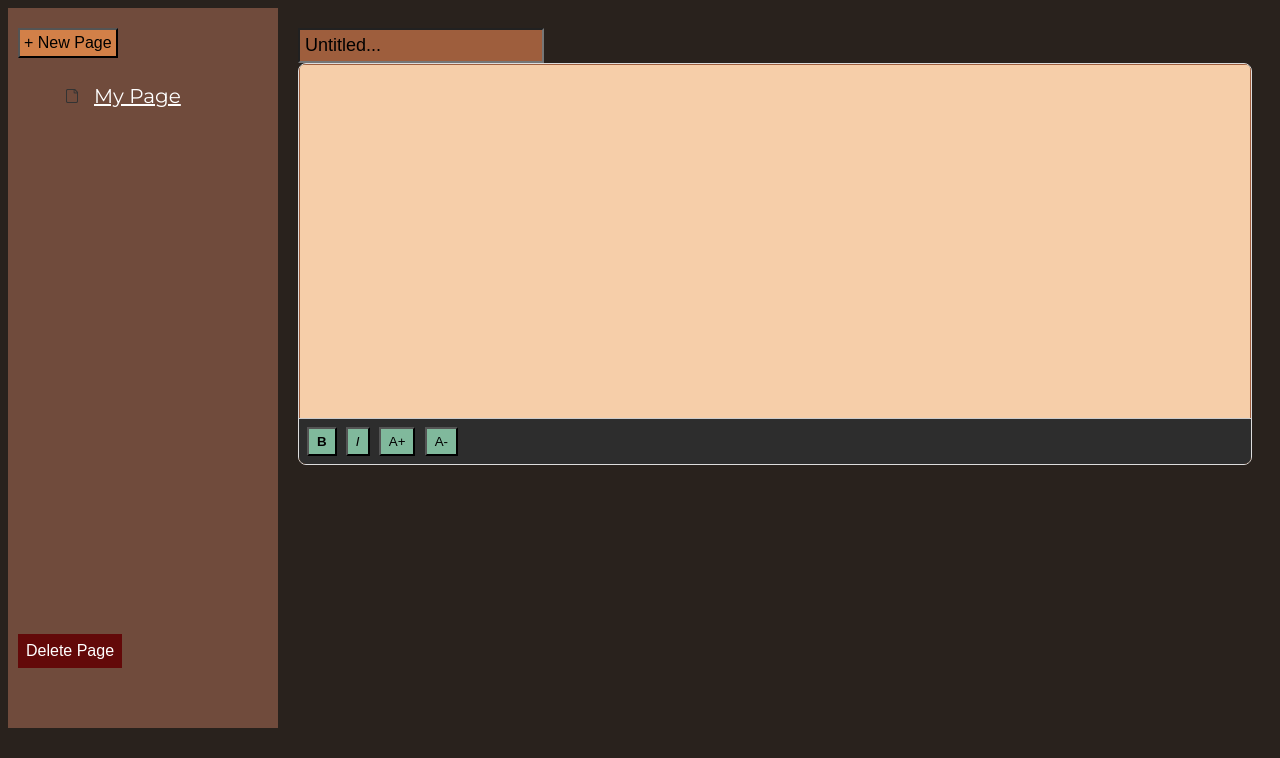
Repository: Dharshinimk-521/notes-app
Page: index.html
These files come from the project's save history. The page is drawn as it stood at one moment and after the next save; the edit follows.
The browser window is 1280 px wide. The pictures show the whole page.

Above is the page before, as saved 2026-04-18 23:11:47.

After the next save:
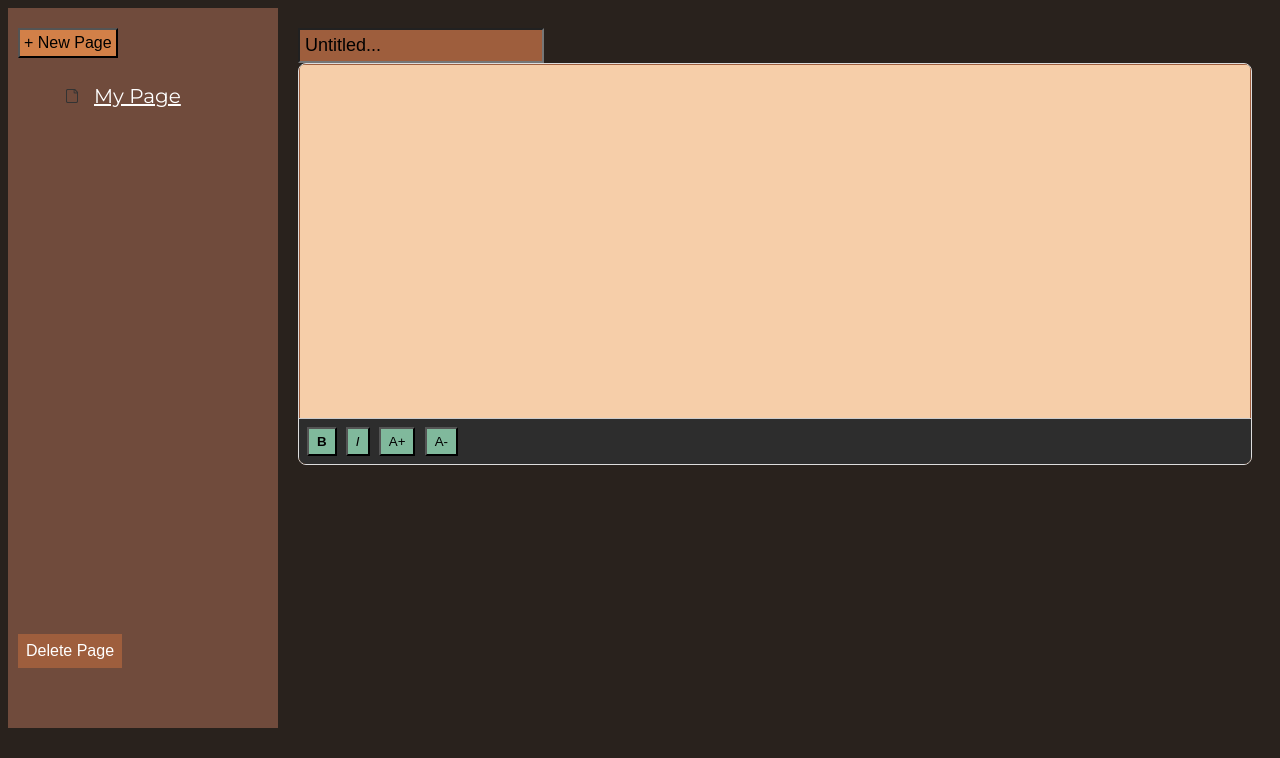
Saved 42 s later.
--- a/style.css
+++ b/style.css
@@ -47,7 +47,7 @@ body{
 #deletePageBtn {
     margin-top: 500px;
   margin-bottom: 90px;
-  background: #630909;
+  background: #9E5E3D;
   color: white;
   border: none;
   padding: 8px;
